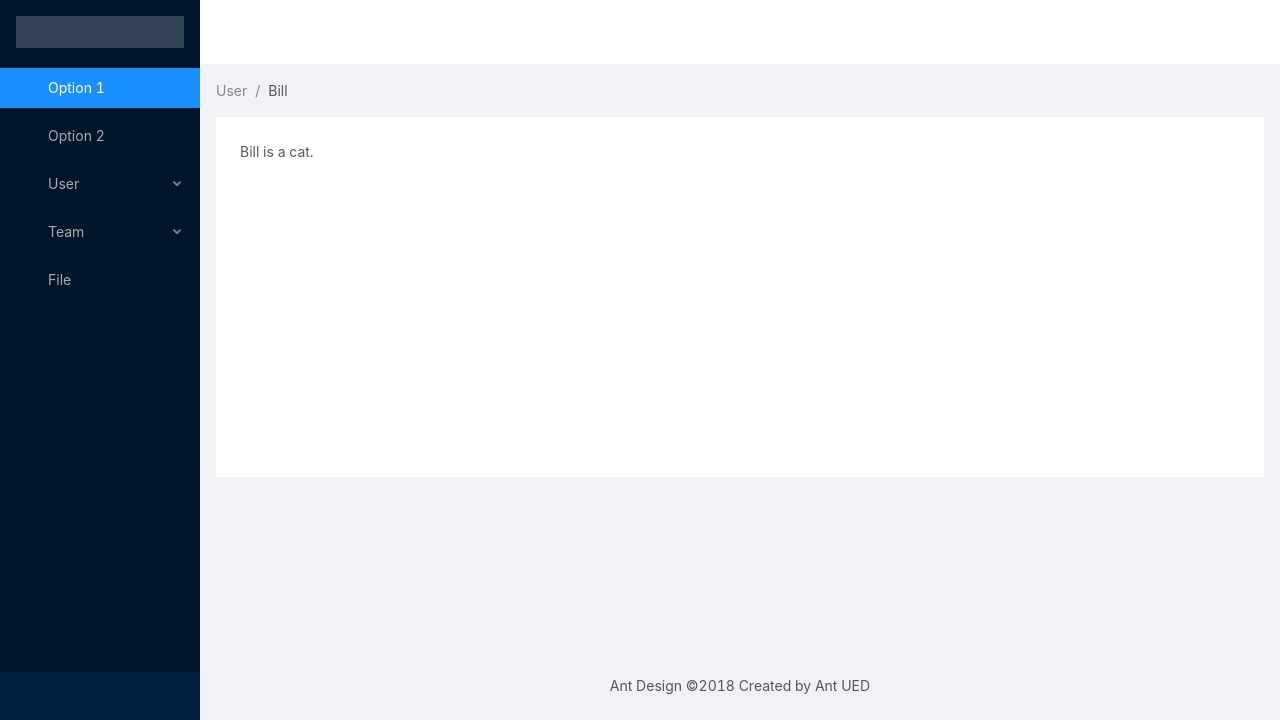
Repository: huynhnt1406/cocktail
Page: /
These files come from the project's save history. The page is drawn as it stood at one moment and after the next save; the edit follows.
The browser window is 1280 px wide. The pictures show the whole page.
The page's requests for data from a server got no answer. The project was rebuilt for these pictures with package versions that can differ from the ones it lists, and the page was loaded fresh each time. No one was signed in, and anything a server would have sent is missing.

Above is the page before, as saved 2021-05-05 23:36:54.

### public/index.html
<!DOCTYPE html>
<html lang="">
  <head>
    <meta charset="utf-8">
    <meta http-equiv="X-UA-Compatible" content="IE=edge">
    <meta name="viewport" content="width=device-width,initial-scale=1.0">
    <link rel="icon" href="<%= BASE_URL %>favicon.ico">
    <title><%= htmlWebpackPlugin.options.title %></title>
    <link rel="preconnect" href="https://fonts.gstatic.com">
    <link href="https://fonts.googleapis.com/css2?family=Poppins:ital,wght@0,200;0,300;1,400&display=swap" rel="stylesheet">
  </head>
  <body>
    <noscript>
      <strong>We're sorry but <%= htmlWebpackPlugin.options.title %> doesn't work properly without JavaScript enabled. Please enable it to continue.</strong>
    </noscript>
    <div id="app"></div>
    <!-- built files will be auto injected -->
  </body>
</html>

### src/main.js
import Vue from 'vue'
import App from './App.vue'
import store from './store/index'
import router from './router/index'
import 'ant-design-vue/dist/antd.css';
import Antd from 'ant-design-vue';
Vue.config.productionTip = false
Vue.use(Antd);
new Vue({
  store,
  router,
  render: h => h(App),
}).$mount('#app')

### src/App.vue
<template>
  <a-layout id="components-layout-demo-side" style="min-height: 100vh">
    <a-layout-sider v-model="collapsed" collapsible>
      <div class="logo" />
      <a-menu theme="dark" :default-selected-keys="['1']" mode="inline">
        <a-menu-item key="1">
          <a-icon type="pie-chart" />
          <span>Option 1</span>
        </a-menu-item>
        <a-menu-item key="2">
          <a-icon type="desktop" />
          <span>Option 2</span>
        </a-menu-item>
        <a-sub-menu key="sub1">
          <span slot="title"><a-icon type="user" /><span>User</span></span>
          <a-menu-item key="3">
            Tom
          </a-menu-item>
          <a-menu-item key="4">
            Bill
          </a-menu-item>
          <a-menu-item key="5">
            Alex
          </a-menu-item>
        </a-sub-menu>
        <a-sub-menu key="sub2">
          <span slot="title"><a-icon type="team" /><span>Team</span></span>
          <a-menu-item key="6">
            Team 1
          </a-menu-item>
          <a-menu-item key="8">
            Team 2
          </a-menu-item>
        </a-sub-menu>
        <a-menu-item key="9">
          <a-icon type="file" />
          <span>File</span>
        </a-menu-item>
      </a-menu>
    </a-layout-sider>
    <a-layout>
      <a-layout-header style="background: #fff; padding: 0" />
      <a-layout-content style="margin: 0 16px">
        <a-breadcrumb style="margin: 16px 0">
          <a-breadcrumb-item>User</a-breadcrumb-item>
          <a-breadcrumb-item>Bill</a-breadcrumb-item>
        </a-breadcrumb>
        <div :style="{ padding: '24px', background: '#fff', minHeight: '360px' }">
          Bill is a cat.
        </div>
      </a-layout-content>
      <a-layout-footer style="text-align: center">
        Ant Design ©2018 Created by Ant UED
      </a-layout-footer>
    </a-layout>
  </a-layout>
</template>
<script>
export default {
  data() {
    return {
      collapsed: false,
    };
  },
};
</script>

<style>
#components-layout-demo-side .logo {
  height: 32px;
  background: rgba(255, 255, 255, 0.2);
  margin: 16px;
}
</style>

### src/store/index.js
import Vue from 'vue'
import Vuex from 'vuex'
import cocktail from './modules/cocktail'
Vue.use(Vuex)
export default new Vuex.Store({
    modules:{
        cocktail
    }
})

### src/router/index.js
import Vue from 'vue'
import VueRouter from 'vue-router'

Vue.use(VueRouter)

export default new VueRouter({
    mode:'history'
})

### src/store/modules/cocktail.js
import axios from 'axios'

const state = {
    cocktailLists: []
}
const getters = {
    allCocktails : state => state.cocktailLists
}
const actions = {
    async fetchCocktail({commit}){
        const res = await axios.get('https://www.thecocktaildb.com/api/json/v1/1/search.php?f=b')
        commit('getCocktail', res.data.drinks)
        console.log(res.data.drinks)
    }
}

const mutations = {
    getCocktail : (state, cocktailLists) => state.cocktailLists = cocktailLists
}

export default {
    state,getters,actions,mutations
}

### src/components/CockTail.vue
<template >
    <div class="homepage">
        <h3>Cocktail Square 🍹</h3>
        <div class="list" v-for="cocktail in allCocktails" :key="cocktail.id">
            <img :src="cocktail.strDrinkThumb" :alt="cocktail.idDrink">
        </div>
    </div>
</template>
<script>
import {mapGetters, mapActions} from 'vuex'
export default {
    name:'Cocktail',
    computed: mapGetters(["allCocktails"]),
    created(){
        this.fetchCocktail()
    },
    methods:{
        ...mapActions(["fetchCocktail"])
    },
}
</script>
<style >
.homepage{
    font-family: "Poppins",sans-serif;
}
.list img{
    height: 150px;
    width: 150px;
}
</style>

After the next save:
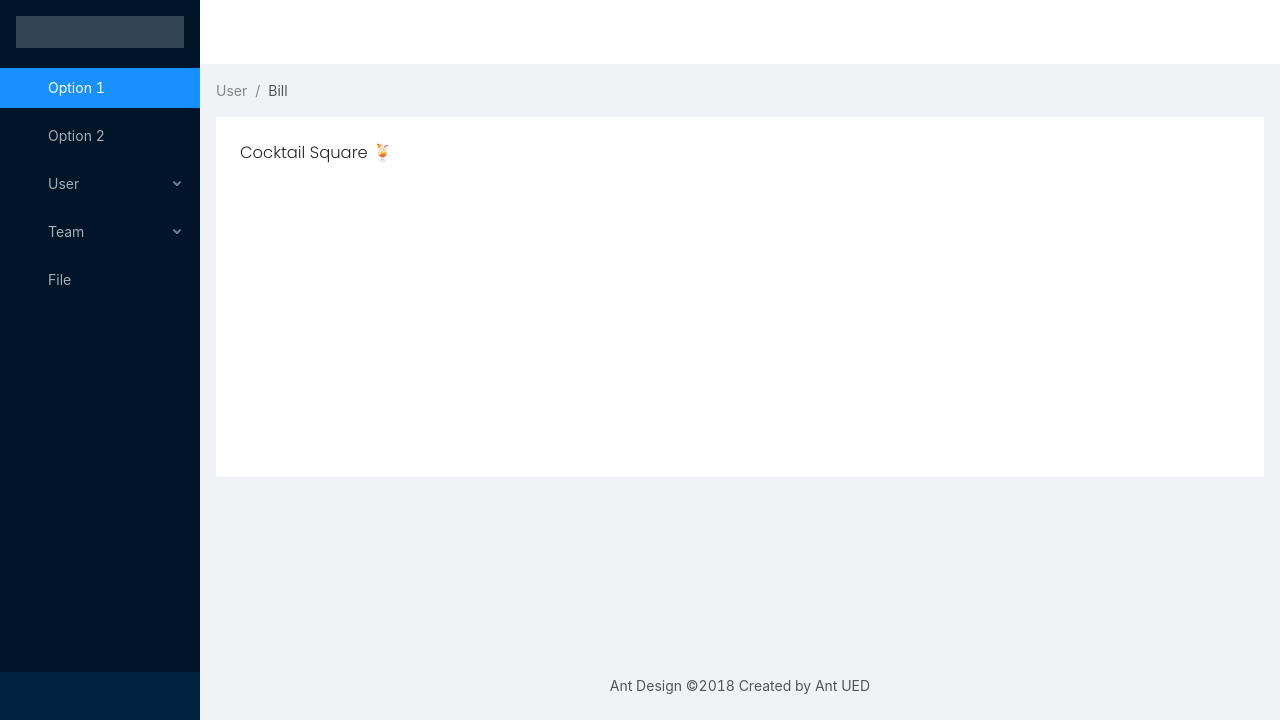
Saved 8 min 19 s later.
--- a/src/App.vue
+++ b/src/App.vue
@@ -46,7 +46,7 @@
           <a-breadcrumb-item>Bill</a-breadcrumb-item>
         </a-breadcrumb>
         <div :style="{ padding: '24px', background: '#fff', minHeight: '360px' }">
-          Bill is a cat.
+          <CockTail/>
         </div>
       </a-layout-content>
       <a-layout-footer style="text-align: center">
@@ -56,12 +56,16 @@
   </a-layout>
 </template>
 <script>
+import CockTail from './components/CockTail'
 export default {
   data() {
     return {
       collapsed: false,
     };
   },
+  components:{
+    CockTail,
+  }
 };
 </script>
 
